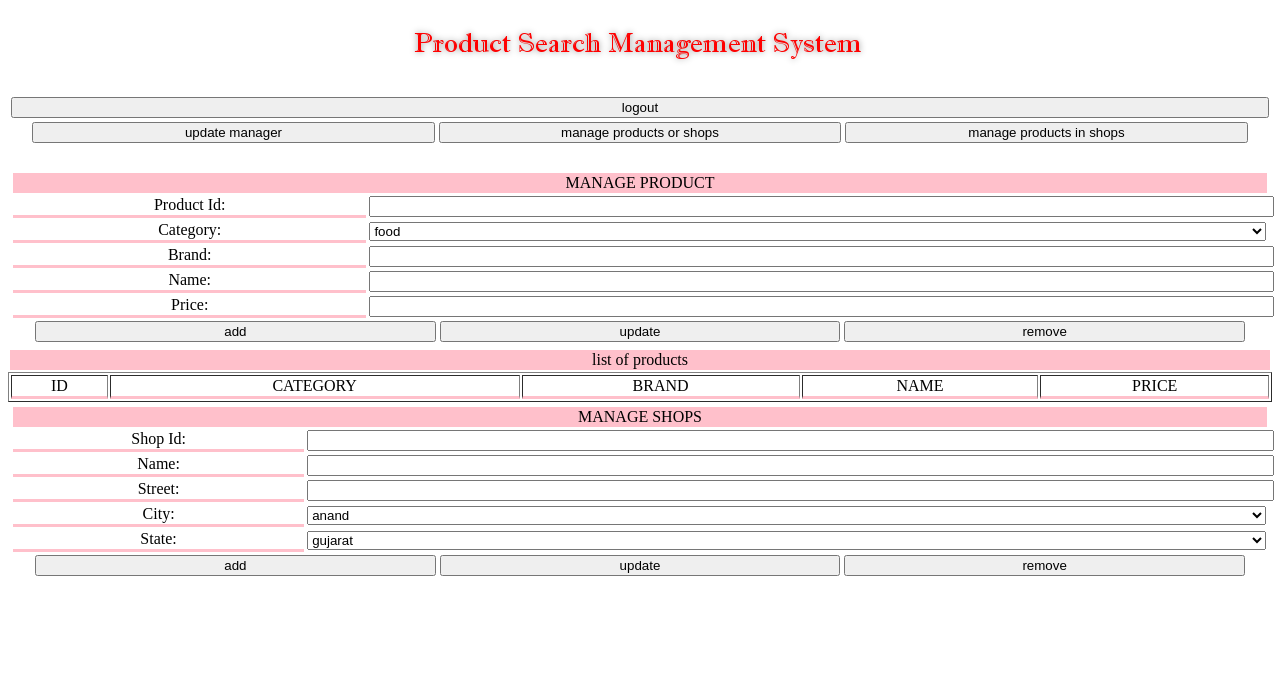
Repository: DishantVaghela/ProductSearchManagementSystem
Page: http://localhost/ProductSearchManagementSystem/manageProductsOrShops.jsp
The author's editor kept a copy of each file at every save. The page is drawn from the files as they stood at one save, then again after the next save.
The browser window is 1280 px wide. The pictures show the whole page.
The page is served by Tomcat 9. Queries for data that is not in the repository find no rows.

Above is the page before, as saved 2017-04-29 00:13:40.

After the next save:
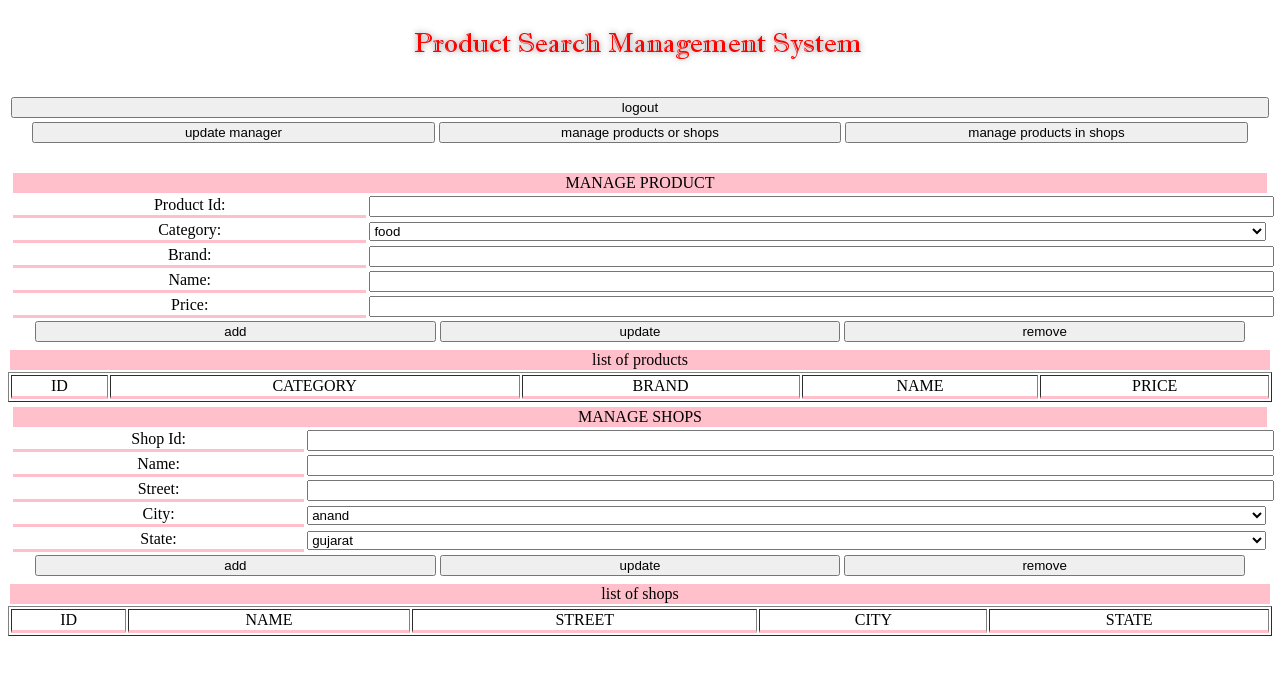
Saved 6 min 15 s later.
--- a/ProductSearchManagementSystem/WebContent/manageProductsOrShops.jsp
+++ b/ProductSearchManagementSystem/WebContent/manageProductsOrShops.jsp
@@ -80,11 +80,7 @@
 		    out.print("<td>" + rs.getString(5) + "</td></tr>");
 	    }
 	    out.println("</table>");
-	}
-	catch (Exception e) {
-        System.out.println(e);
-    }
-%>
+	%>
 	<table>
 		<tr>
 			<td>
@@ -136,5 +132,29 @@
 			</td>
 		</tr>
 	</table>
+	<%
+			PreparedStatement pss = con.prepareStatement("select * from psms_shops");
+
+			ResultSet rss = ps.executeQuery();
+
+		    out.print("<table >");
+		    out.print("<tr>");
+		    out.print("<td  bgcolor=pink>list of shops</td></tr>");
+		    out.println("</table>");
+		    out.print("<table border=1>");
+		    out.print("<tr><td class=\"title\" >ID</td><td class=\"title\" >NAME</td><td class=\"title\" >STREET</td><td class=\"title\" >CITY</td><td class=\"title\" 	>STATE</td></tr>");
+		   	while (rss.next()) {
+		   		out.print("<tr><td>" + rs.getString(1) + "</td>");
+			    out.print("<td>" + rs.getString(2) + "</td>");
+			    out.print("<td>" + rs.getString(3) + "</td>");
+			    out.print("<td>" + rs.getString(4) + "</td>");
+			    out.print("<td>" + rs.getString(5) + "</td></tr>");
+		    }
+		    out.println("</table>");
+		}
+		catch (Exception e) {
+	        System.out.println(e);
+	    }
+	%>
 </body>
 </html>
